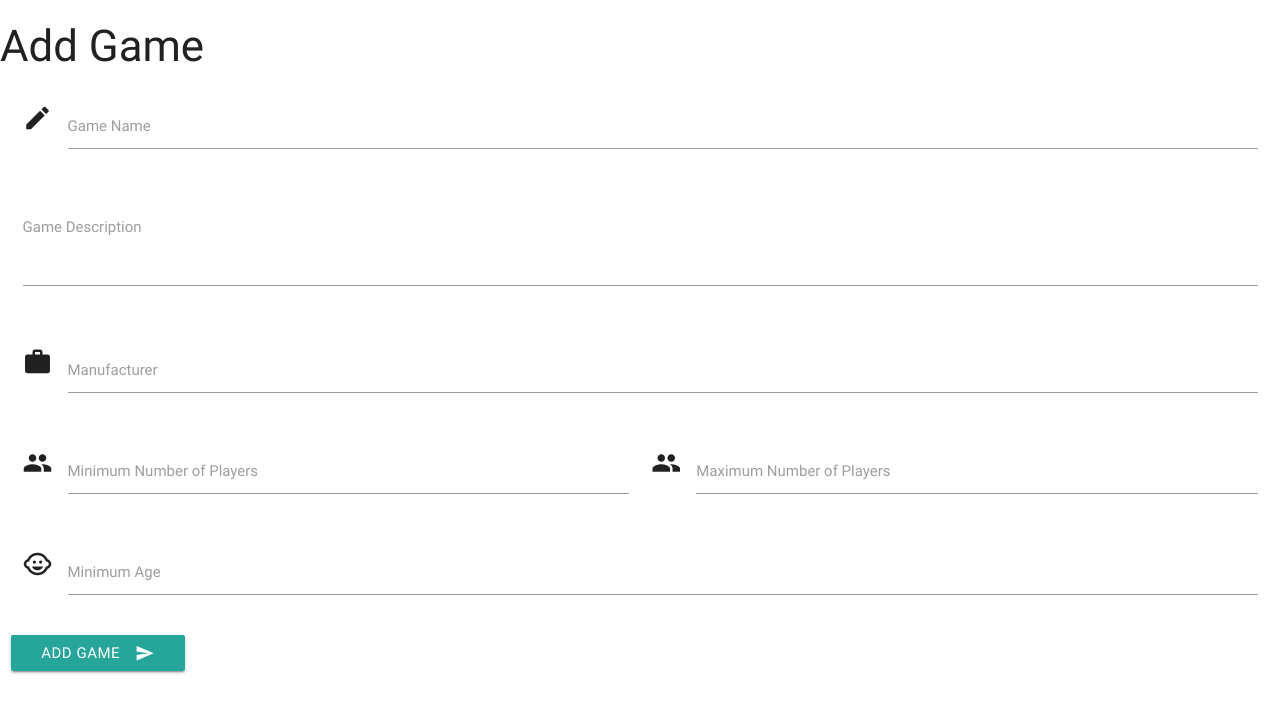
Repository: arcorco/dcd-milestone
Page: http://localhost/add_game
The author's editor kept a record of every edit. The page is drawn from the files as they stood at one moment, then again after the next edit.
The browser window is 1280 px wide. The pictures show the whole page.
Some web libraries are served in a nearby version. The page is served by the project's application, run on Flask 3 (app.py).

Above is the page before.

### templates/addgame.html
{% extends 'base.html'%} {% block content %}

<h3>Add Game</h3>
<div class="row">
  <form action="{{url_for('insert_game')}}" method="POST" class="col s12">
    <div class="row">
      <div class="input-field col s12">
        <i class="material-icons prefix">create</i>
        <input id="game_name" name="game_name" type="text" class="validate">
        <label for="game_name">Game Name</label>
      </div>
    </div>
    <div class="row">
      <div class="input-field col s12">
        <textarea id="game_description" class="materialize-textarea"></textarea>
        <label for="game_description">Game Description</label>
      </div>
    </div>
    <div class="row">
      <div class="input-field col s12">
        <i class="material-icons prefix">work</i>
        <input id="manufacturer" name="manufacturer" type="text" class="validate">
        <label for="manufacturer">Manufacturer</label>
      </div>
    </div>
    <div class="row">
      <div class="input-field col s6">
        <i class="material-icons prefix">group</i>
        <input name="number_of_players_min" id="number_of_players_min" type="text" class="validate">
        <label for="number_of_players_min">Minimum Number of Players</label>
      </div>

      <div class="input-field col s6">
        <i class="material-icons prefix">group</i>
        <input id="number_of_players_max" name="number_of_players_max" type="text" class="validate">
        <label for="number_of_players_max">Maximum Number of Players</label>
      </div>
    </div>
    <div class="row">
      <div class="input-field col s12">
        <i class="material-icons prefix">child_care</i>
        <input id="age_range" name="age_range" type="text" class="validate">
        <label for="age_range">Minimum Age</label>
      </div>
    </div>
    <div class="row">
      <button class="btn waves-effect waves-light" type="submit">Add Game
    <i class="material-icons right">send</i>
  </button>
    </div>

  </form>
</div>

{% endblock %}

### templates/base.html
<!DOCTYPE html>
<html>

<head>
    <link href="https://fonts.googleapis.com/icon?family=Material+Icons" rel="stylesheet">
    <link rel="stylesheet" href="https://cdnjs.cloudflare.com/ajax/libs/materialize/0.100.2/css/materialize.min.css">
    <link rel="stylesheet" type="text/css" href="//cdn.jsdelivr.net/npm/slick-carousel@1.8.1/slick/slick.css" />
    <link rel="stylesheet" href="{{url_for('static', filename='css/style.css')}}" type="text/css"/>
</head>

<body>
    {% block content %} {% endblock %}

    <script src="https://cdnjs.cloudflare.com/ajax/libs/jquery/3.2.1/jquery.min.js"></script>
    <script src="https://cdnjs.cloudflare.com/ajax/libs/materialize/0.100.2/js/materialize.min.js"></script>
    <script type="text/javascript" src="//cdn.jsdelivr.net/npm/slick-carousel@1.8.1/slick/slick.min.js"></script>
    <script type="text/javascript">
        $(document).ready(function() {
            $('.game-carousel').slick({
            });

            $('input#game_description').characterCounter();
        });

    </script>
</body>

</html>

### app.py
import os
from flask import Flask, render_template, redirect, request, url_for
from flask_pymongo import PyMongo
from bson.objectid import ObjectId

app = Flask(__name__)

app.config["MONGO_DNAME"] = 'game_review'
app.config["MONGO_URI"] = 'mongodb+srv://first_user:WG9zKqgDwfDTHNa@myfirstcluster-74ub4.mongodb.net/game_review?retryWrites=true&w=majority'
#environment variable for username and password

mongo = PyMongo(app)

@app.route('/')
@app.route('/get_games')
def get_games():
    return render_template('games.html', games=mongo.db.games.find())

@app.route('/add_game')
def add_game():
    return render_template('addgame.html')

@app.route('/insert_game', methods=['POST'])
def insert_game():
    games = mongo.db.games
    new_game = request.form.to_dict()
    min_players = new_game.get("number_of_players_min")
    max_players = new_game.get("number_of_players_max")
    min_age = new_game.get("age_range")
    age = "%s+" % min_age
    players = "%s-%s" % (min_players, max_players)
    new_game.update( {'number_of_players' : players} )
    new_game.update( {'age_range' : age} )
    new_game.pop('number_of_players_min')
    new_game.pop('number_of_players_max')

    games.insert_one(new_game)
    return redirect(url_for('get_games'))

if __name__ == "__main__":
    app.run(host=os.environ.get('IP'),
            port=int(os.environ.get('PORT')),
            debug=True)

Loaded but not shown: static/css/style.css (common file)

After the next edit:
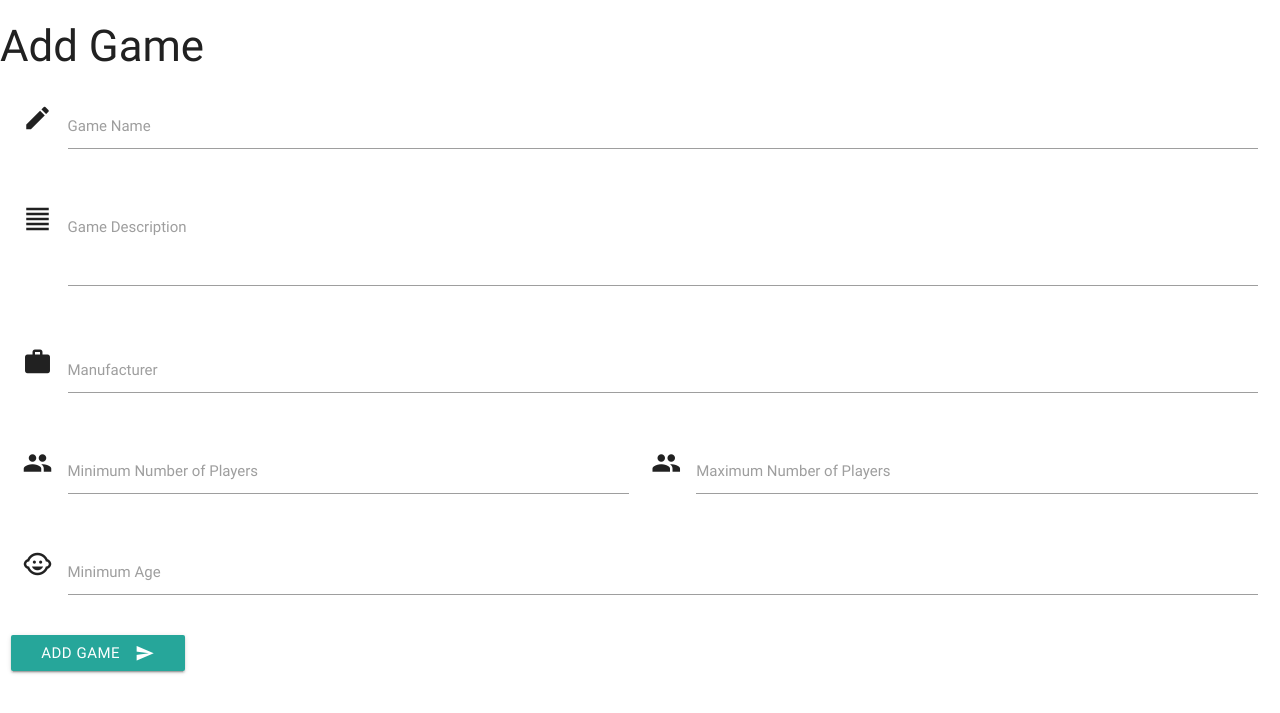
The edit:
--- a/templates/addgame.html
+++ b/templates/addgame.html
@@ -12,6 +12,7 @@
     </div>
     <div class="row">
       <div class="input-field col s12">
+        <i class="material-icons prefix">format_align_justify</i>
         <textarea id="game_description" class="materialize-textarea"></textarea>
         <label for="game_description">Game Description</label>
       </div>
